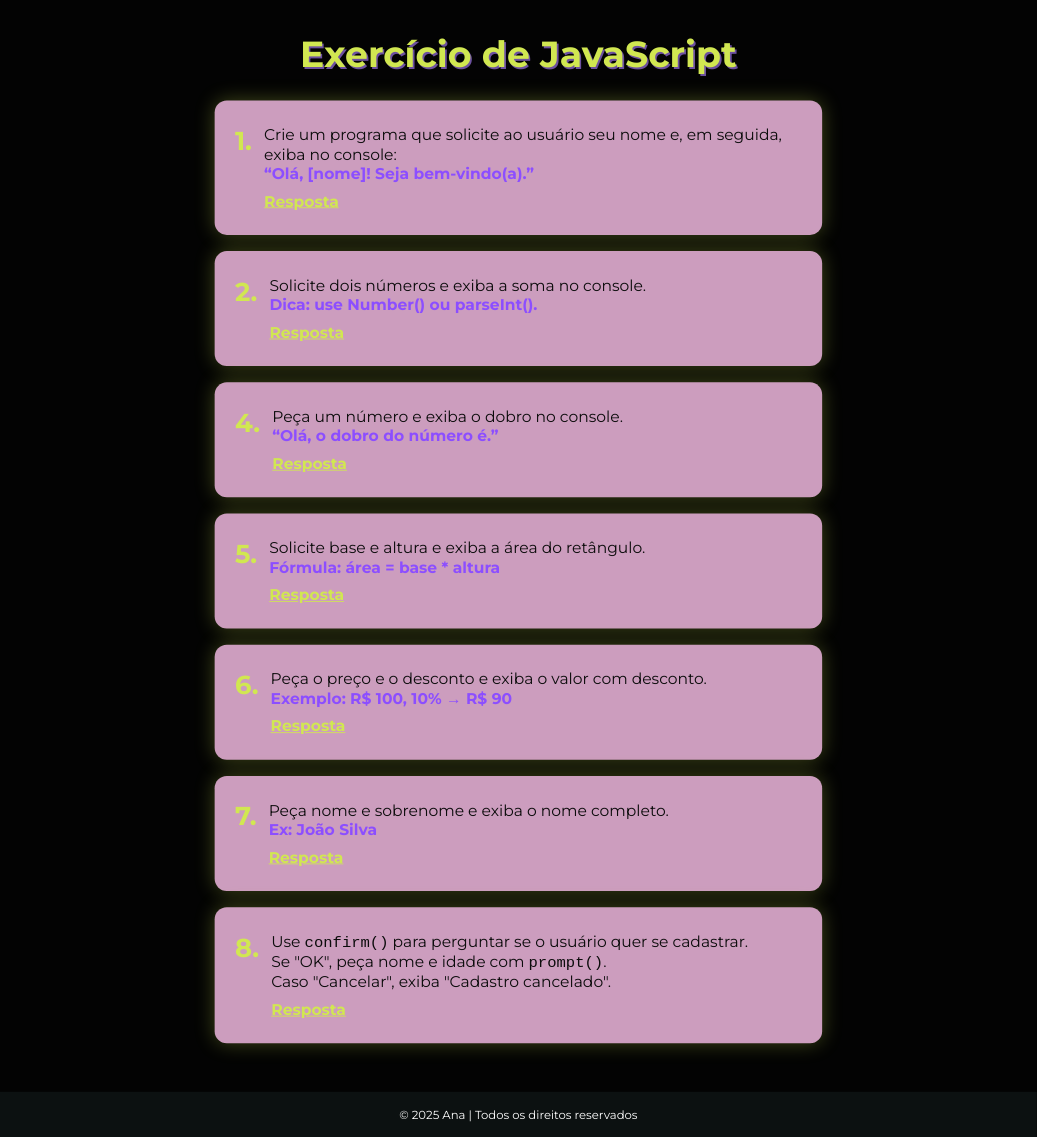
Repository: Anajaraa/atividadeJS
Page: index.html
The author's editor kept a copy of each file at every save. The page is drawn from the files as they stood at one save, then again after the next save.
The browser window is 1280 px wide. The pictures show the whole page, at 81% of full size.

Above is the page before, as saved 2025-08-05 13:54:49.

After the next save:
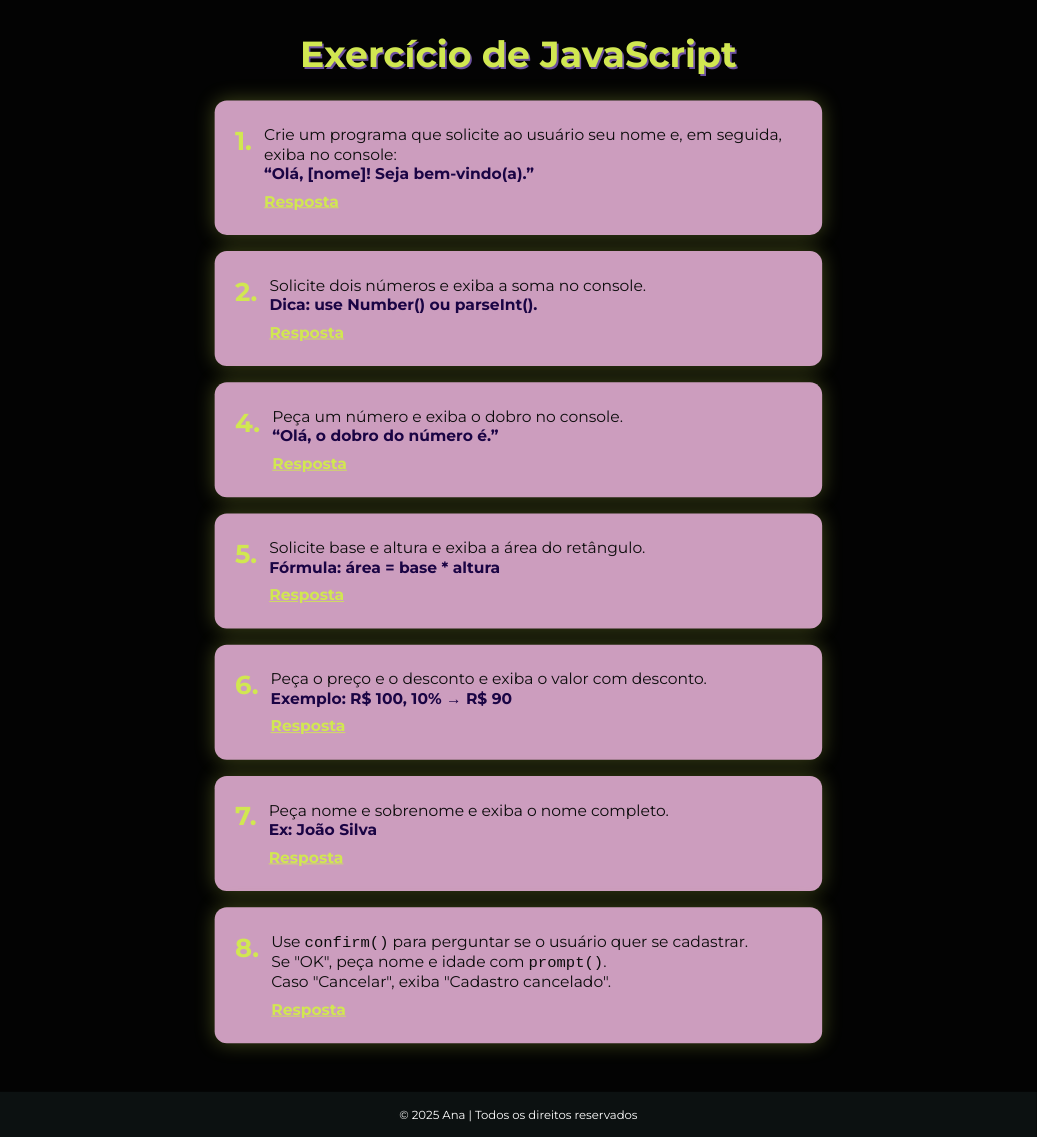
Saved 13 s later.
--- a/style.css
+++ b/style.css
@@ -68,7 +68,7 @@ h1 {
 }
 
 .descricao strong {
-  color: #8c4eff;
+  color: #1a0444;
   font-weight: bold;
 }
 
